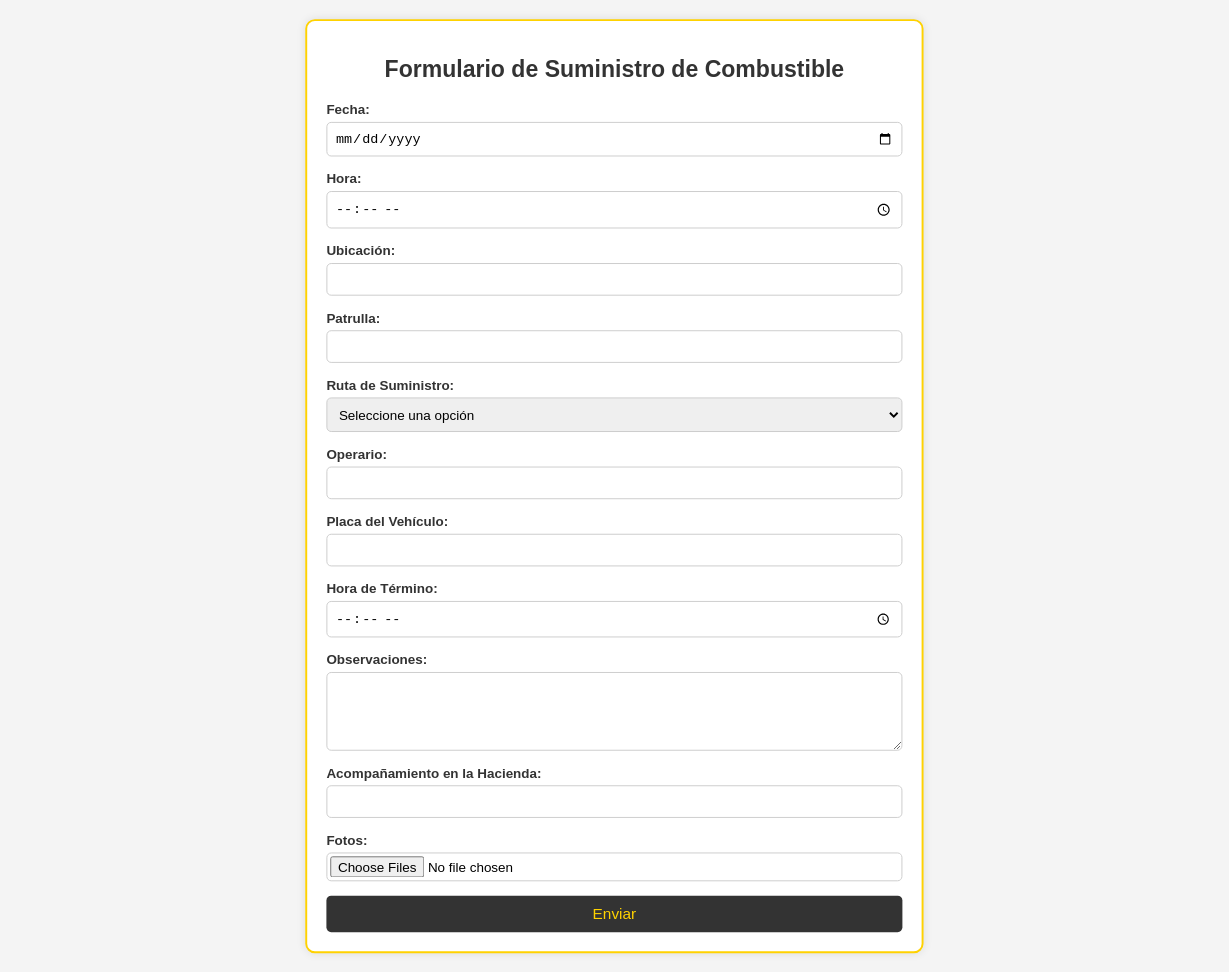
Repository: tayuanlogua/prototipo-de-control-de-accesos
Page: Patrullas/src/suministrocombustible.html
An editor plug-in stored every save of this project. The page is shown before and after the next save, followed by the edit.
The browser window is 1280 px wide. The pictures show the whole page, at 96% of full size.

Above is the page before, as saved 2024-08-29 07:27:43.

### Patrullas/src/suministrocombustible.html
<!DOCTYPE html>
<html lang="es">
  <head>
    <meta charset="UTF-8" />
    <meta name="viewport" content="width=device-width, initial-scale=1.0" />
    <title>Formulario de Suministro de Combustible</title>
    <style>
      /* Estilos generales para el body */
      body {
        font-family: Arial, sans-serif;
        background-color: #f4f4f4;
        margin: 0;
        padding: 0;
      }

      /* Estilos para el contenedor del formulario */
      .form-container {
        background-color: #ffffff;
        max-width: 600px;
        margin: 20px auto;
        padding: 20px;
        border-radius: 10px;
        box-shadow: 0 0 10px rgba(0, 0, 0, 0.1);
        display: flex;
        flex-direction: column;
        align-items: center;
        border: 2px solid #ffd200; /* Borde amarillo */
      }

      /* Estilo para el título del formulario */
      h1 {
        text-align: center;
        color: #333;
        font-size: 24px;
        margin-bottom: 20px;
      }

      /* Estilos para los formularios */
      form {
        display: flex;
        flex-direction: column;
        gap: 15px;
        width: 100%;
      }

      .form-group {
        display: flex;
        flex-direction: column;
        gap: 5px;
      }

      .form-group label {
        font-size: 14px;
        color: #333;
        text-align: left;
        font-weight: bold;
      }

      .form-group input[type="text"],
      .form-group input[type="number"],
      .form-group input[type="time"],
      .form-group input[type="date"],
      .form-group select,
      .form-group input[type="file"],
      .form-group textarea {
        width: 100%;
        padding: 8px;
        border: 1px solid #ccc;
        border-radius: 5px;
        box-sizing: border-box;
        font-size: 14px;
      }

      .form-group input[type="file"] {
        padding: 3px;
      }

      .form-group textarea {
        resize: vertical;
      }

      .form-group select {
        padding: 8px;
      }

      /* Estilo para el botón de envío */
      button[type="submit"] {
        display: block;
        width: 100%;
        padding: 10px;
        background-color: #333;
        color: #ffd200; /* Color amarillo */
        border: none;
        border-radius: 5px;
        font-size: 16px;
        cursor: pointer;
        transition: background-color 0.3s ease;
      }

      /* Estilos para el hover en botones */
      button[type="submit"]:hover {
        background-color: #555;
      }
    </style>
  </head>
  <body>
    <div class="form-container">
      <h1>Formulario de Suministro de Combustible</h1>
      <form id="fuel-supply-form">
        <div class="form-group">
          <label for="date">Fecha:</label>
          <input type="date" id="date" name="date" required />
        </div>
        <div class="form-group">
          <label for="time">Hora:</label>
          <input type="time" id="time" name="time" required />
        </div>
        <div class="form-group">
          <label for="location">Ubicación:</label>
          <input type="text" id="location" name="location" readonly />
        </div>
        <div class="form-group">
          <label for="patrol">Patrulla:</label>
          <input type="text" id="patrol" name="patrol" required />
        </div>
        <div class="form-group">
          <label for="route">Ruta de Suministro:</label>
          <select id="route" name="route" required>
            <option value="">Seleccione una opción</option>
            <option value="norte">Norte</option>
            <option value="sur">Sur</option>
            <option value="centro">Centro</option>
            <option value="mecanizado">Mecanizado</option>
          </select>
        </div>
        <div class="form-group">
          <label for="operator">Operario:</label>
          <input type="text" id="operator" name="operator" required />
        </div>
        <div class="form-group">
          <label for="vehicle-plate">Placa del Vehículo:</label>
          <input type="text" id="vehicle-plate" name="vehicle-plate" required />
        </div>
        <div class="form-group">
          <label for="end-time">Hora de Término:</label>
          <input type="time" id="end-time" name="end-time" required />
        </div>
        <div class="form-group">
          <label for="observations">Observaciones:</label>
          <textarea id="observations" name="observations" rows="4"></textarea>
        </div>
        <div class="form-group">
          <label for="accompaniment">Acompañamiento en la Hacienda:</label>
          <input type="text" id="accompaniment" name="accompaniment" />
        </div>
        <div class="form-group">
          <label for="photos">Fotos:</label>
          <input
            type="file"
            id="photos"
            name="photos"
            accept="image/*"
            multiple
            required
          />
        </div>
        <button type="submit">Enviar</button>
      </form>
    </div>

    <script src="suministrocombustible.js"></script>
  </body>
</html>

### Patrullas/src/suministrocombustible.js
// Obtener la ubicación automática del usuario
function getLocation() {
  if (navigator.geolocation) {
    navigator.geolocation.getCurrentPosition(showPosition, showError);
  } else {
    document.getElementById("location").value = "Geolocalización no soportada";
  }
}

function showPosition(position) {
  const lat = position.coords.latitude;
  const lon = position.coords.longitude;
  document.getElementById("location").value = `Lat: ${lat}, Lon: ${lon}`;
}

function showError(error) {
  switch (error.code) {
    case error.PERMISSION_DENIED:
      document.getElementById("location").value = "Permiso denegado";
      break;
    case error.POSITION_UNAVAILABLE:
      document.getElementById("location").value = "Información no disponible";
      break;
    case error.TIMEOUT:
      document.getElementById("location").value = "La solicitud expiró";
      break;
    case error.UNKNOWN_ERROR:
      document.getElementById("location").value = "Error desconocido";
      break;
  }
}

// Ejecutar la función de geolocalización al cargar la página
window.onload = function () {
  getLocation();
};

After the next save:
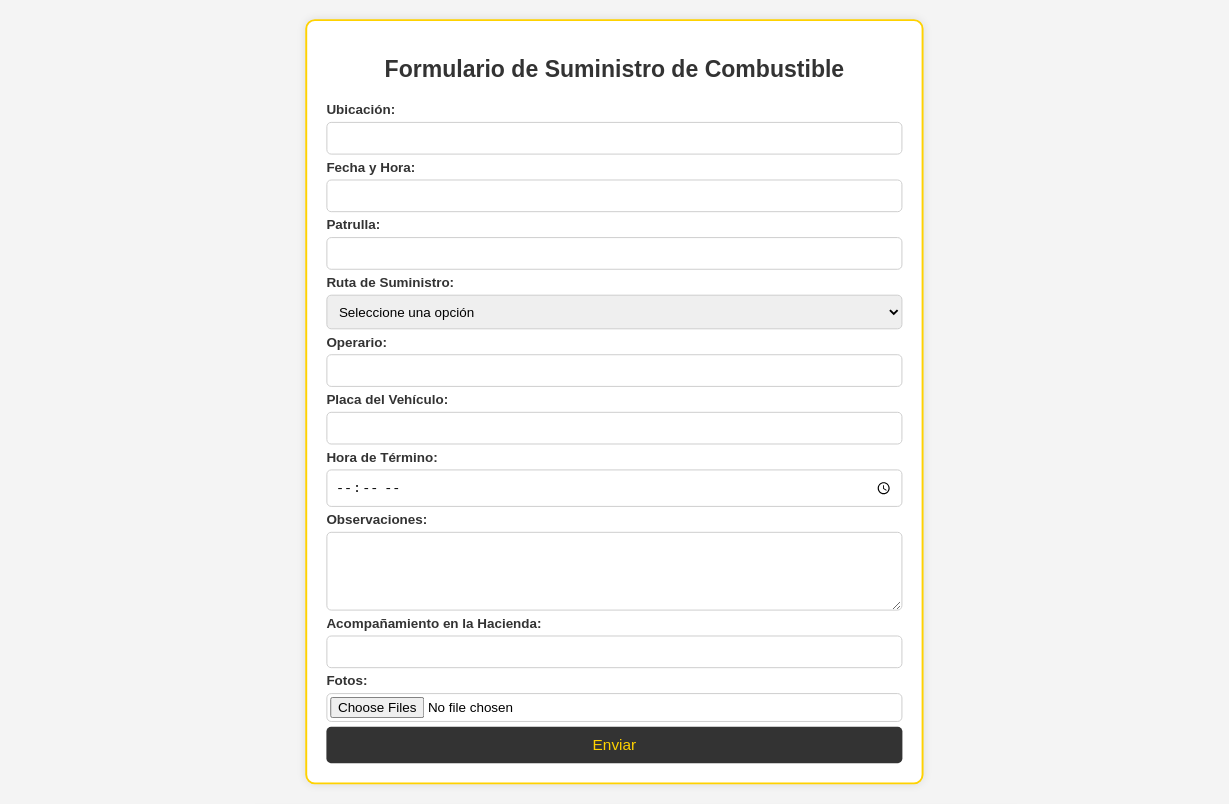
Saved 82 min 29 s later.
--- a/Patrullas/src/suministrocombustible.html
+++ b/Patrullas/src/suministrocombustible.html
@@ -108,16 +108,13 @@
       <h1>Formulario de Suministro de Combustible</h1>
       <form id="fuel-supply-form">
         <div class="form-group">
-          <label for="date">Fecha:</label>
-          <input type="date" id="date" name="date" required />
+              <div class="form-group">
+          <label for="location">Ubicación:</label>
+          <input type="text" id="location" name="location" readonly />
         </div>
         <div class="form-group">
-          <label for="time">Hora:</label>
-          <input type="time" id="time" name="time" required />
-        </div>
-        <div class="form-group">
-          <label for="location">Ubicación:</label>
-          <input type="text" id="location" name="location" readonly />
+          <label for="date-time">Fecha y Hora:</label>
+          <input type="text" id="date-time" name="date-time" readonly />
         </div>
         <div class="form-group">
           <label for="patrol">Patrulla:</label>
